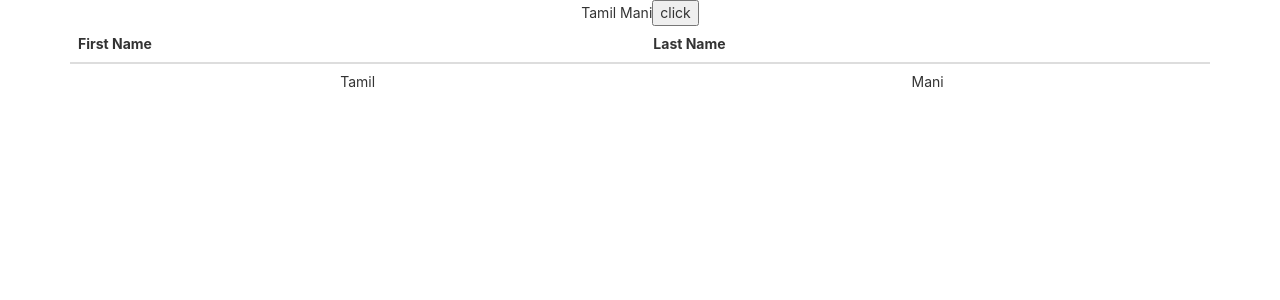
Repository: Green-Technologies-Angular/React-js
Page: /
An editor plug-in stored every save of this project. The page is shown before and after the next save, followed by the edit.
The browser window is 1280 px wide. The pictures show the whole page.
The project was rebuilt for these pictures with package versions that can differ from the ones it lists, and the page was loaded fresh each time.

Above is the page before, as saved 2019-03-18 10:21:10.

After the next save:
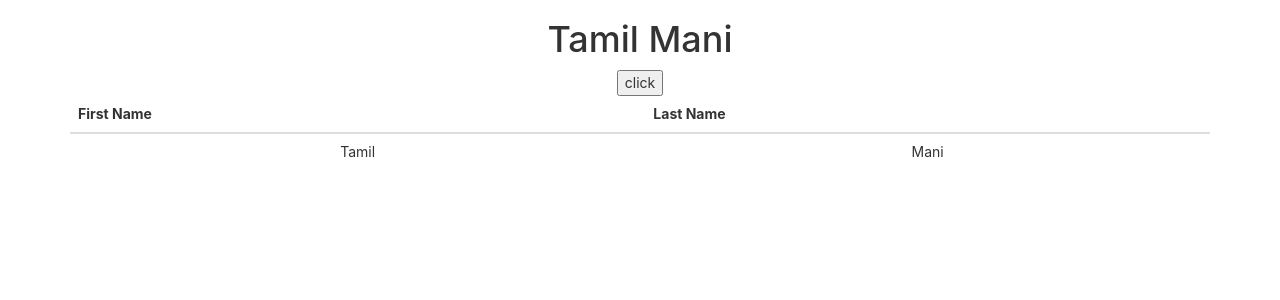
Saved 37 s later.
--- a/src/App.js
+++ b/src/App.js
@@ -13,7 +13,7 @@ class App extends Component {
   render() {
     return (
       <div className="App">
-        {this.state.name}
+        <h1>{this.state.name}</h1>
         <button name="click">click</button>
         <Header chennai={this.state.firstName} csk={this.state.lastName}/>
       </div>
